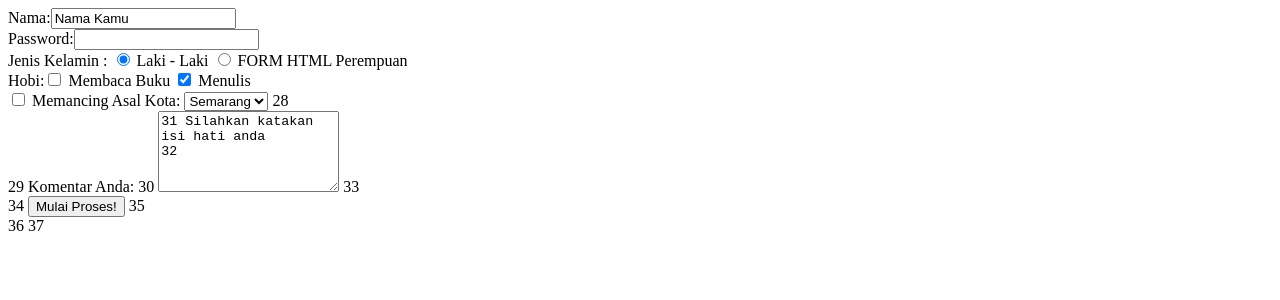
Repository: DejanAmru/dejan-praktikum
Page: modul-5/mod5.html
These files come from the project's save history. The page is drawn as it stood at one moment and after a run of saves; the edit follows.
The browser window is 1280 px wide. The pictures show the whole page.

Above is the page before, as saved 2025-10-30 14:11:42.

After the next 3 saves:
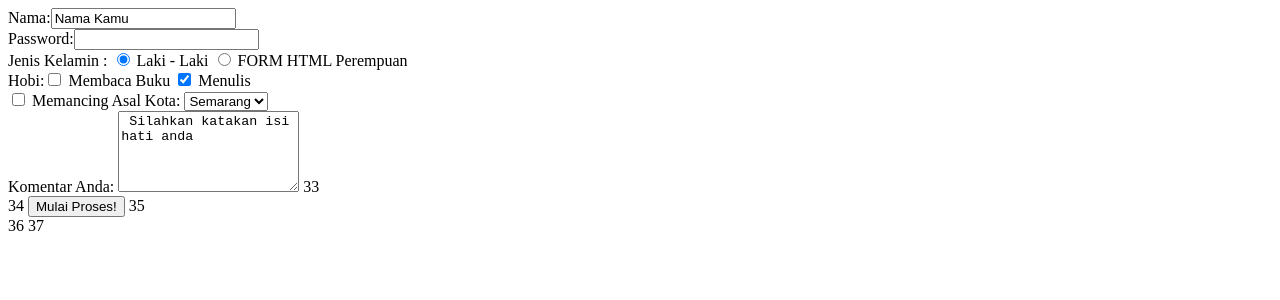
The 3 saves are shown as one change because they came seconds apart.
The last was saved 8 s later.
--- a/modul-5/mod5.html
+++ b/modul-5/mod5.html
@@ -34,11 +34,11 @@
 <option>Bandung</option>
 <option value="Kota Semarang" selected>Semarang</option>
  </select>
-28 <br />
-29 Komentar Anda:
-30 <textarea name="komentar" rows="5" cols="20">
-31 Silahkan katakan isi hati anda
-32 </textarea>
+ <br />
+ Komentar Anda:
+ <textarea name="komentar" rows="5" cols="20">
+ Silahkan katakan isi hati anda
+ </textarea>
 33 <br />
 34 <input type="submit" value="Mulai Proses!">
 35 </form>
